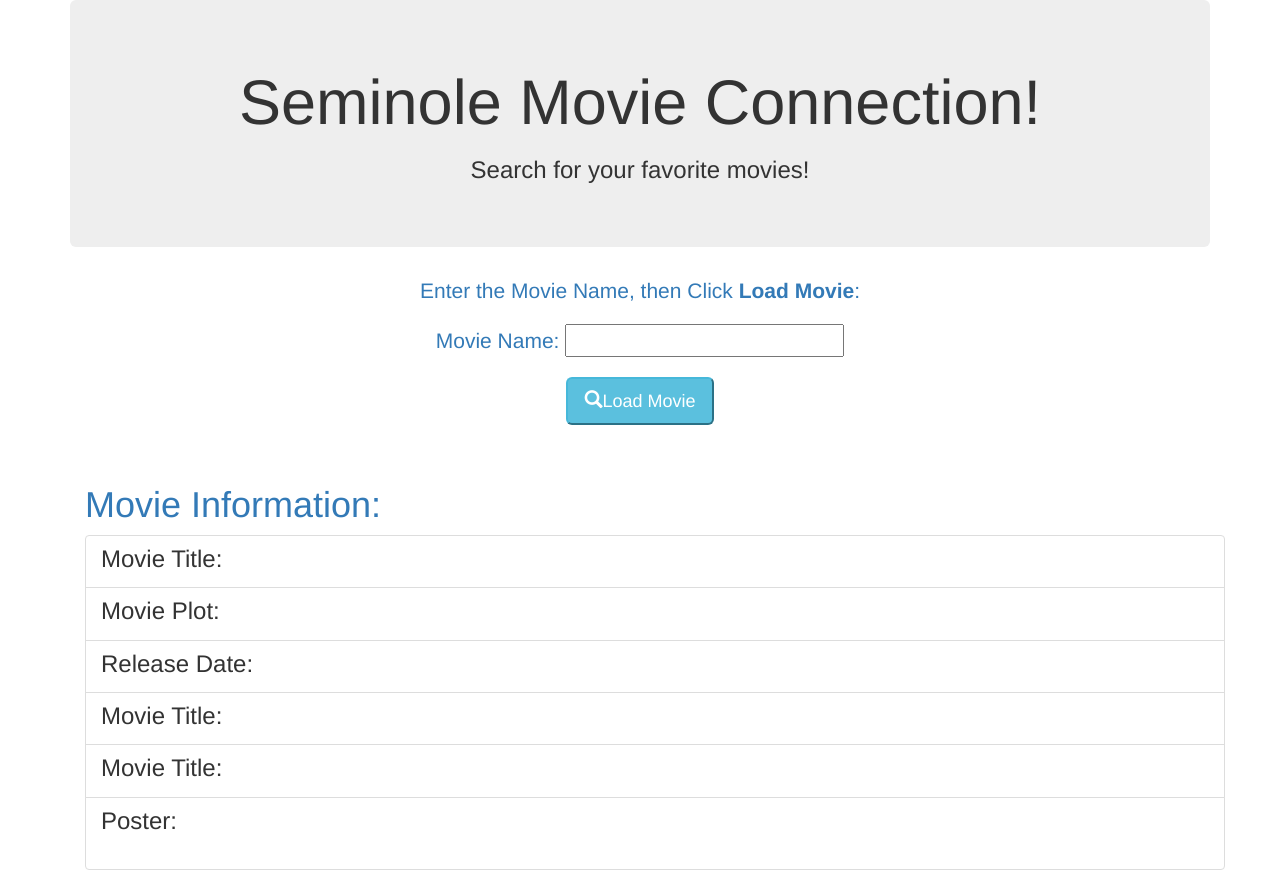
Repository: rob3rtblake/lesson8_ajax
Page: index.html
The author's editor kept a record of every edit. The page is drawn from the files as they stood at one moment, then again after the next edit.
The browser window is 1280 px wide. The pictures show the whole page.
Some web libraries are served in a nearby version.

Above is the page before.

After the next edit:
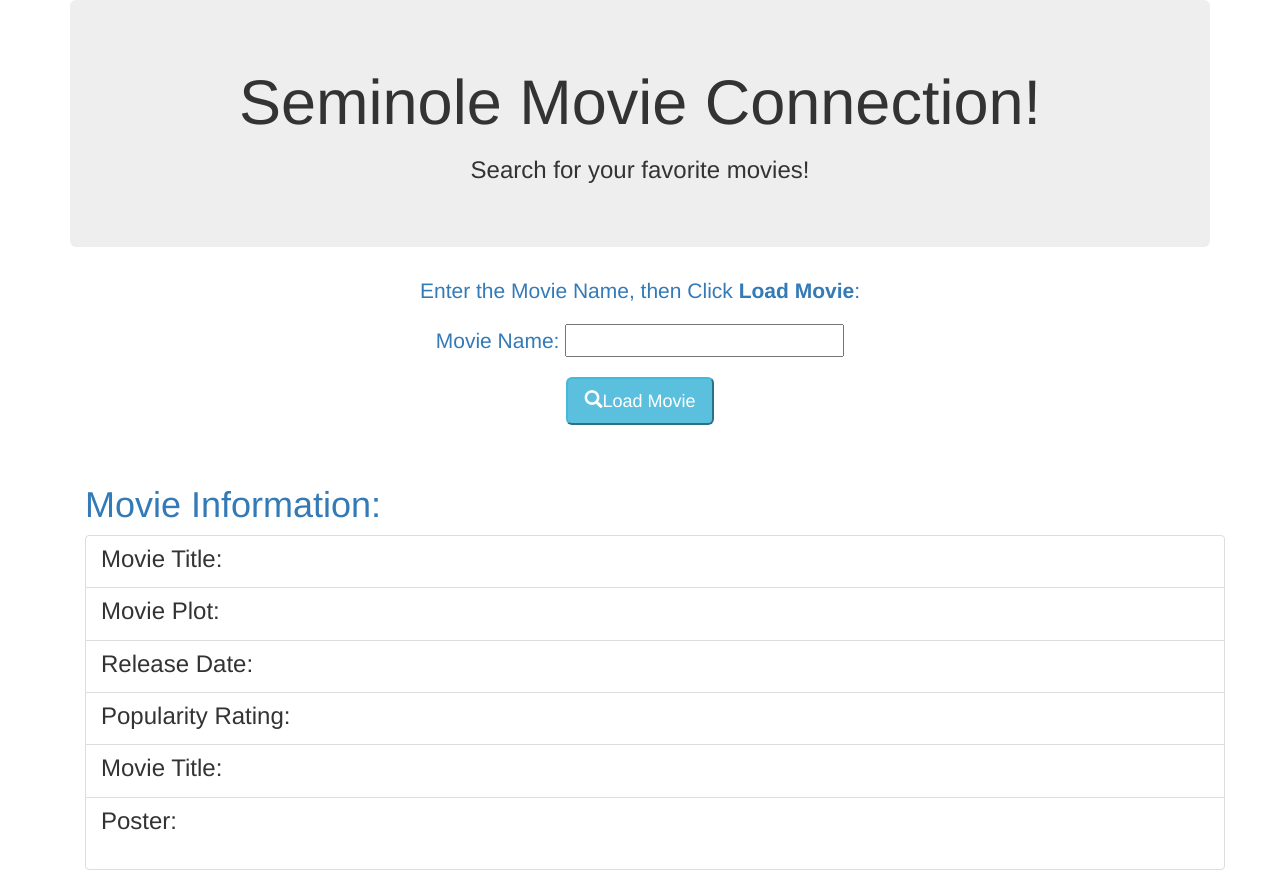
The edit:
--- a/index.html
+++ b/index.html
@@ -86,8 +86,8 @@
 
                      *******************************Insert Code Below********************************-->
             <a href="#" class="list-group-item">
-                        <h3 class="list-group-item-heading">Movie Title:</h3>
-                        <p class="list-group-item-text lead text-primary" id="original_title"> </p>
+                        <h3 class="list-group-item-heading">Popularity Rating:</h3>
+                        <p class="list-group-item-text lead text-primary" id="popularity"> </p>
                     </a>
 
 
